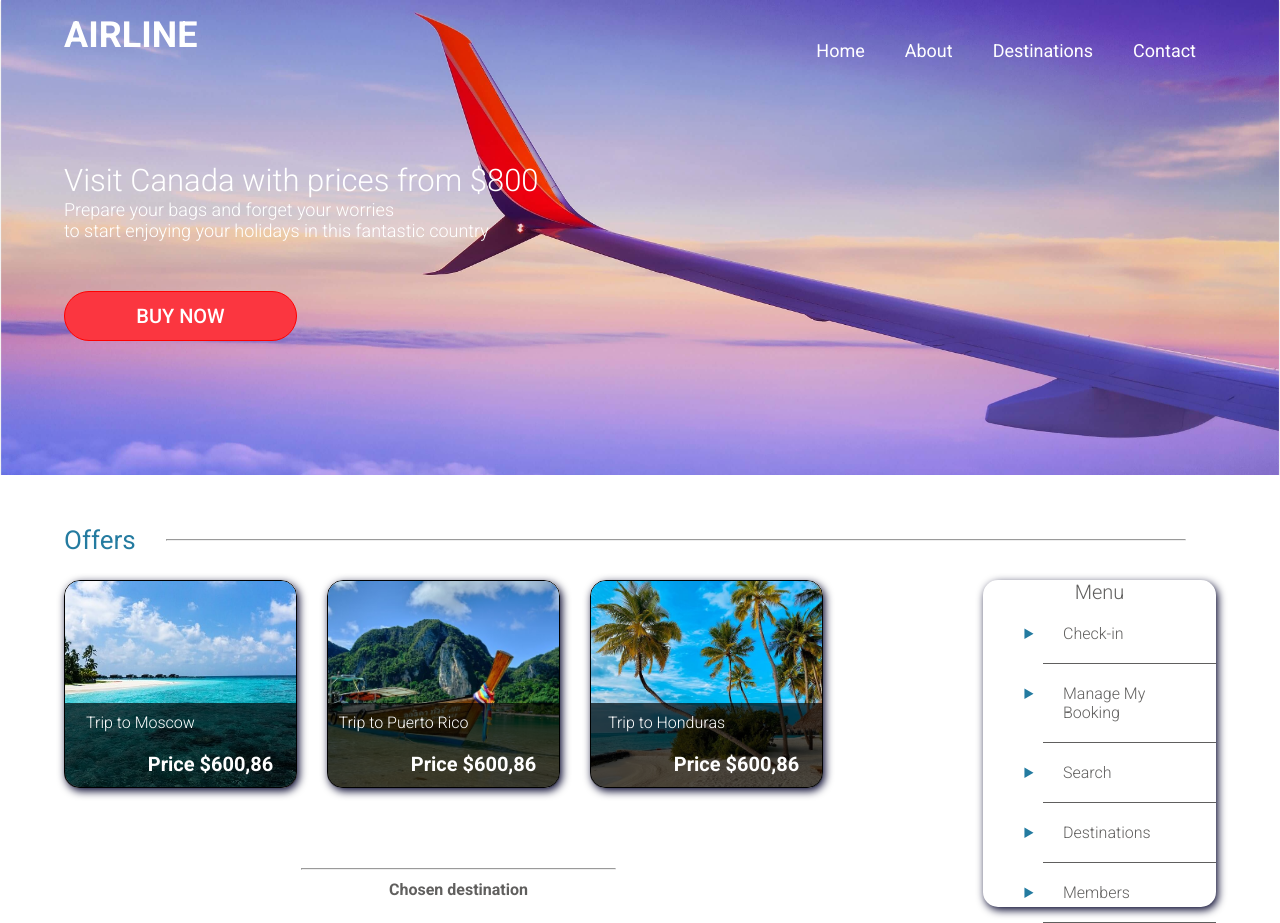
Repository: Cherced/AIRLINES
Page: /
The author's editor kept a copy of each file at every save. The page is drawn from the files as they stood at one save, then again after the next save.
The browser window is 1280 px wide. The pictures show the whole page.
The project was rebuilt for these pictures with package versions that can differ from the ones it lists, and the page was loaded fresh each time. The framework's server and built-in components were replaced by stand-ins that run in the browser. Also part of the build but not shown: components/atoms/Footer/SocialMedia.jsx, components/atoms/Footer/MoreToUs.jsx, components/molecules/Footer.jsx.

Above is the page before, as saved 2022-06-30 15:03:29.

After the next save:
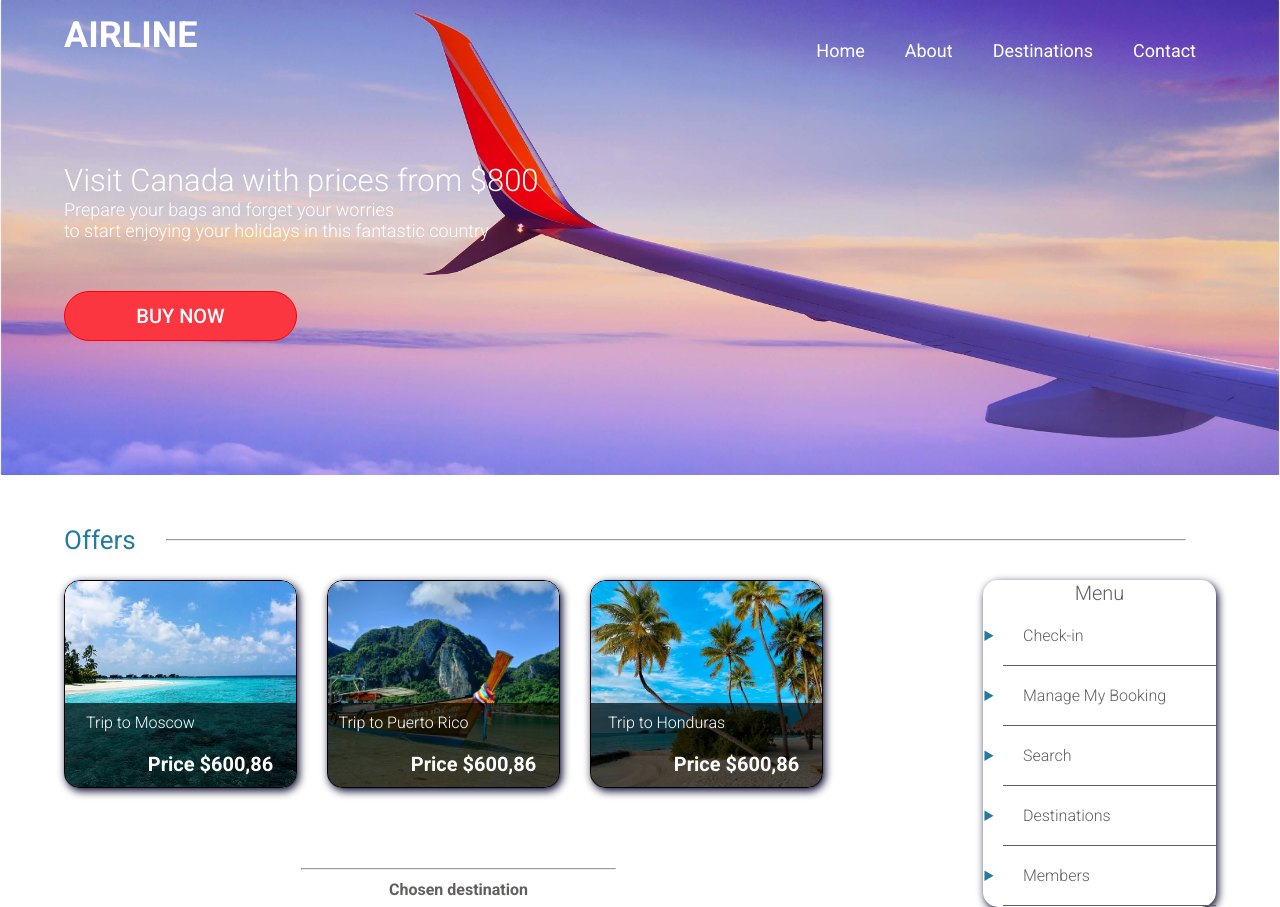
Saved 10 s later.
--- a/sass/Elements/_offerts.scss
+++ b/sass/Elements/_offerts.scss
@@ -129,7 +129,7 @@
             }
 
             ul {
-                padding-left:60px ;
+                padding-left:20px ;
                 list-style-type: disclosure-closed;
                 color: #247BA0;
                 width: 100%;
